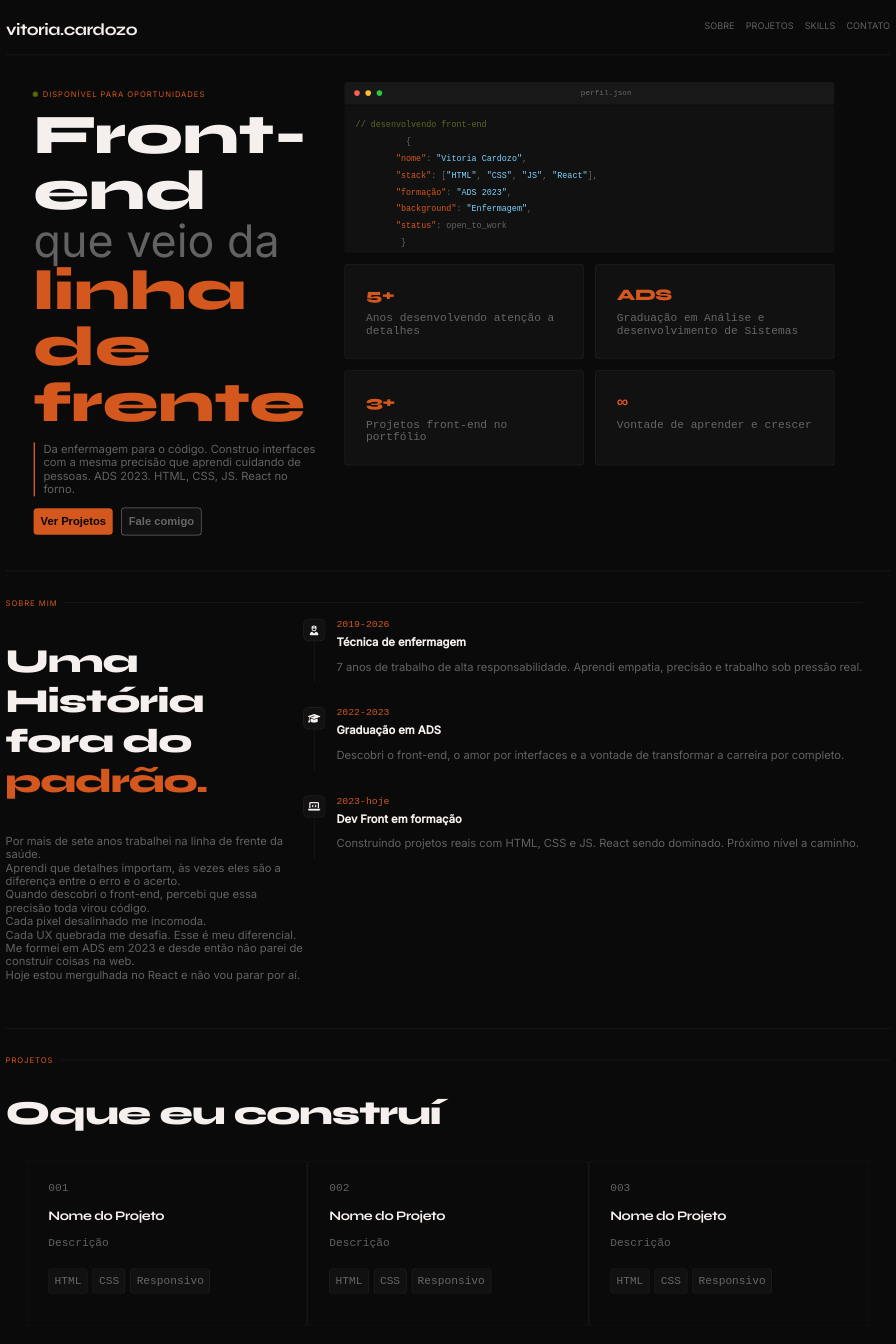
Repository: Bitroia/Portifolio
Page: index.html
These files come from the project's save history. The page is drawn as it stood at one moment and after the next save; the edit follows.
The browser window is 1280 px wide. The pictures show the part of the page from y = 0 to 1920 px (the page is 2678 px tall), at 70% of full size.
Some web fonts or font styles are not loaded; a fallback is used.

Above is the page before, as saved 2026-04-30 19:24:41.

After the next save:
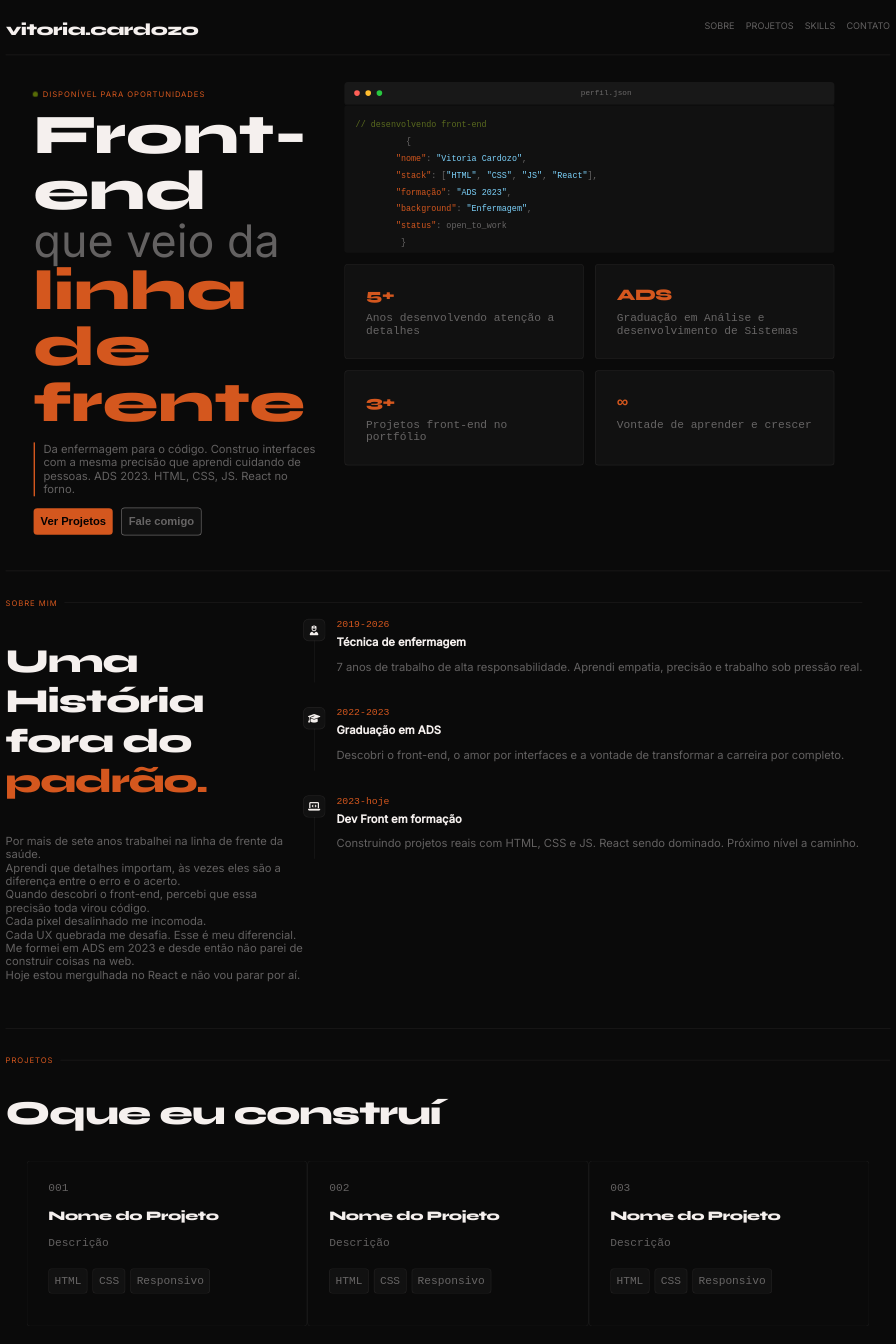
Saved 38 s later.
--- a/styles/style.css
+++ b/styles/style.css
@@ -32,7 +32,7 @@
 h1,
 h2,
 h3 {
-  font-weight: 600;
+  font-weight: 800;
   letter-spacing: -0.03em;
   color: var(--text);
   font-family: var(--font-title);

After the save that followed:
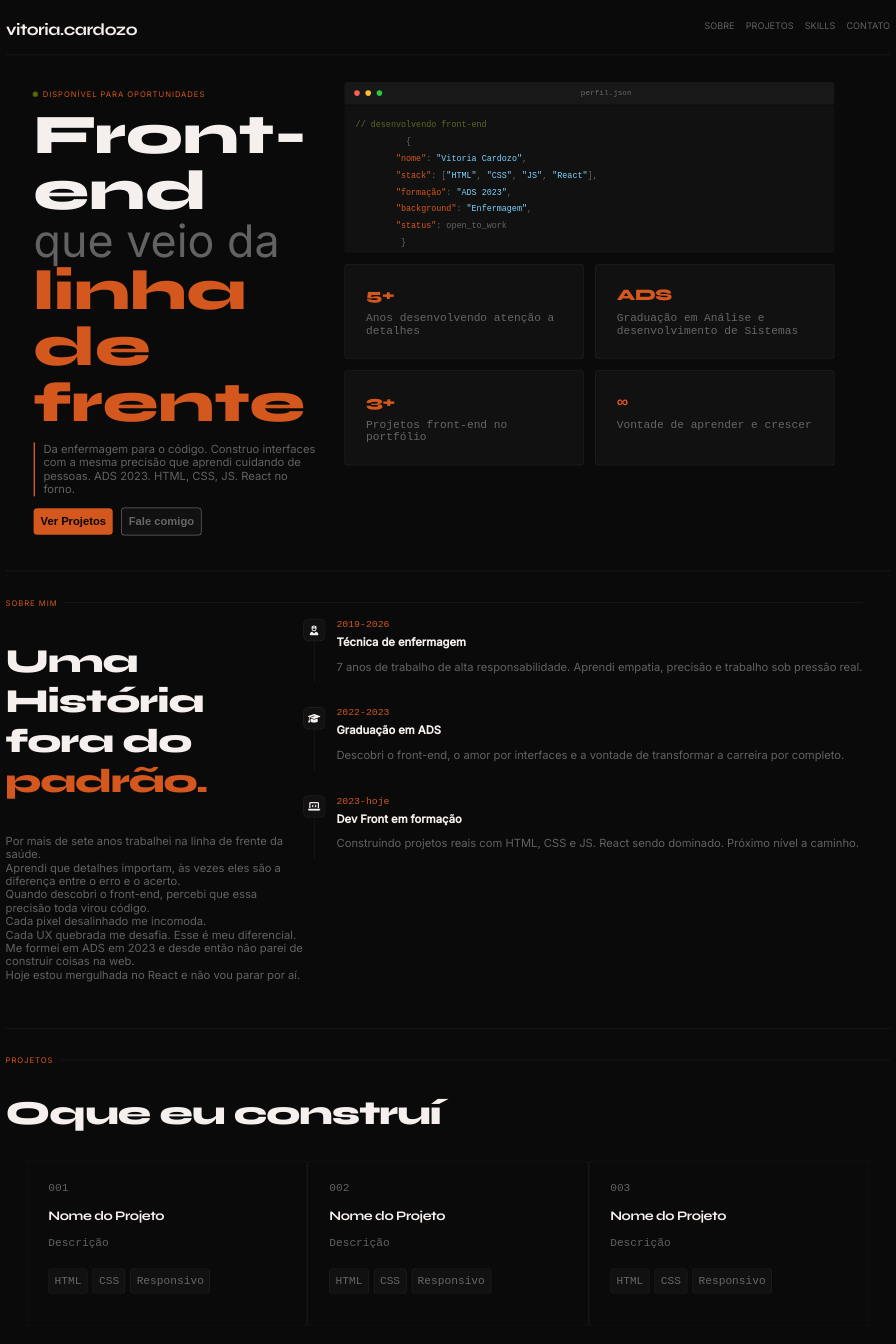
Saved 13 s later.
--- a/styles/style.css
+++ b/styles/style.css
@@ -32,7 +32,7 @@
 h1,
 h2,
 h3 {
-  font-weight: 800;
+  font-weight: 600;
   letter-spacing: -0.03em;
   color: var(--text);
   font-family: var(--font-title);
